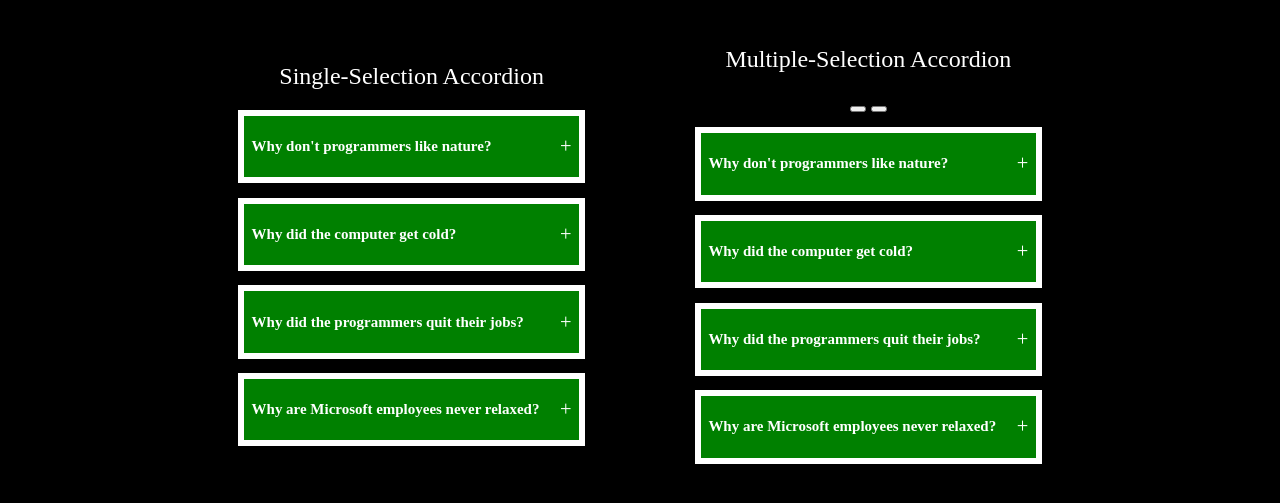
Repository: kosenijr/react-projects
Page: / (app in accordion/)
The author's editor kept a copy of each file at every save. The page is drawn from the files as they stood at one save, then again after the next save.
The browser window is 1280 px wide. The pictures show the whole page.
The project was rebuilt for these pictures with package versions that can differ from the ones it lists, and the page was loaded fresh each time.

Above is the page before, as saved 2024-03-03 13:04:26.

### accordion/src/App.js
import React from "react";
import "./App.css";
import SingleSelection from "./components/SingleSelection";
import MultiSelection from "./components/MultiSelection";

function App() {
  return (
    <div className="App">
      <SingleSelection />
      <MultiSelection />
    </div>
  );
}

export default App;

### accordion/src/App.css
.App {
  height: 100vh;
  width: 100vw;
  justify-content: space-evenly;
  text-align: center;
  display: flex;
  background-color: black;
  color: white;
  padding: 0 auto;
}

### accordion/src/components/SingleSelection.js
import React, { useState } from "react";
import "../styles/SingleSelection.css";
import data from "../data";

function SingleSelection() {
  // setting up useState.
  const [selected, setSelected] = useState(null);
  // setting up handling
  const handleSingleSelection = (getCurrentId) => {
    console.log(selected, getCurrentId);
    // setSelected(getCurrentId === selected ? null : getCurrentId); // keep add condition for closure
    setSelected(selected !== getCurrentId ? getCurrentId : null);
  };

  return (
    <div className="single-selection-wrapper">
      {/* Single-Selection Accordion */}
      <div className="single-selection-accordion">
        <h2 className="single-selection-description">Single-Selection Accordion</h2>
        {data && data.length > 0 ? (
          data.map((dataItem) => (
            <div className="single-selection-item" key={dataItem.id} onClick={() => handleSingleSelection(dataItem.id)}>
              {/* always remember to add key */}
              <div className="single-selection-title">
                <h3>{dataItem.question}</h3>
                <span className="single-selection-span">{selected === dataItem.id ? "-" : "+"}</span>
              </div>
              {selected === dataItem.id ? (
                <div className="single-selection-content ">{dataItem.answer}</div>
              ) : null}
            </div>
          ))
        ) : (
          <div>No data found!</div>
        )}
      </div>
    </div>
  );
}

export default SingleSelection;

### accordion/src/components/MultiSelection.js
import React, { useState } from "react";
import "../styles/MultiSelection.css";
import data from "../data";

function MultiSelection() {
  // setting up useState.
  const [selected, setSelected] = useState(null);
  // setting up handling
  const handleMultiSelection = (getCurrentId) => {
    console.log(selected, getCurrentId);
    // setSelected(getCurrentId === selected ? null : getCurrentId); // keep add condition for closure
    setSelected(selected !== getCurrentId ? getCurrentId : null);
  };

  return (
    <div className="multi-selection-wrapper">
      {/* Multi-Selection Accordion */}
      <div className="multi-selection-accordion">
        <h2 className="multi-selection-description">Multiple-Selection Accordion</h2>
        <button className="open-all"></button> <button className="close-all"></button>
        {data && data.length > 0 ? (
          data.map((dataItem) => (
            <div className="multi-selection-item" key={dataItem.id} onClick={() => handleMultiSelection(dataItem.id)}>
              {/* always remember to add key */}
              <div className="multi-selection-title">
                <h3>{dataItem.question}</h3>
                <span className="multi-selection-span">{selected === dataItem.id ? "-" : "+"}</span>
              </div>
              {selected === dataItem.id ? (
                <div className="multi-selection-content ">{dataItem.answer}</div>
              ) : null}
            </div>
          ))
        ) : (
          <div>No data found!</div>
        )}
      </div>
    </div>
  );
}

export default MultiSelection;

### accordion/src/styles/SingleSelection.css
.single-selection-wrapper {
  display: flex;
  align-items: center;
  height: 70vh;
  margin-left: 10vw;
  /* width: 50vw; */
}

.single-selection-description {
  font-family: "Raleway";
  font-weight: 500;
}

.single-selection-item {
  background-color: green;
  color: white;
  font-size: 0.8em;
  font-family: "Raleway", "Times New Roman";
  margin: 2vh 0;
  padding: 1vh;
  width: 25vw;
  border: 0.5em solid white;
  cursor: pointer;
}

.single-selection-title {
  display: flex;
  justify-content: space-between;
  align-items: center;
}

.single-selection-span {
  font-size: 1.6em;;
}

.single-selection-content {
  display: flex;
  justify-content: space-between;
  color: burlywood;
  align-items: left;
  font-size: 1.2em;
  font-family:  "Raleway", "Times New Roman";
  font-weight: 600;

}

### accordion/src/data.js
const data = [
  {
    id: 1,
    question: "Why don't programmers like nature?",
    answer: "It has too many bugs!",
  },

  {
    id: 2,
    question: "Why did the computer get cold?",
    answer: "It left its Windows open.",
  },

  {
    id: 3,
    question: "Why did the programmers quit their jobs?",
    answer: "Because they didn't get arrays!",
  },

  {
    id: 4,
    question: "Why are Microsoft employees never relaxed?",
    answer: "Because they're always on Edge.",
  },
];

export default data;

### accordion/src/styles/MultiSelection.css
.multi-selection-wrapper {
  display: flex;
  align-items: center;
  height: 70vh;
  margin: 0 10vw 0 0;
  /* width: 50vw; */
}

.multi-selection-description {
  font-family: "Raleway";
  font-weight: 500;
}

.multi-selection-item {
  background-color: green;
  color: white;
  font-size: 0.8em;
  font-family: "Raleway", "Times New Roman";
  margin: 2vh 0;
  padding: 1vh;
  width: 25vw;
  border: 0.5em solid white;
  cursor: pointer;
}

.multi-selection-title {
  display: flex;
  justify-content: space-between;
  align-items: center;
}

.multi-selection-span {
  font-size: 1.6em;
}

.multi-selection-content {
  display: flex;
  justify-content: space-between;
  color: burlywood;
  align-items: left;
  font-size: 1.2em;
  font-family: "Raleway", "Times New Roman";
  font-weight: 600;
}

Loaded but not shown: accordion/public/index.html (common file); accordion/src/index.js (common file); accordion/src/index.css (common file); accordion/src/reportWebVitals.js (common file)

After the next save:
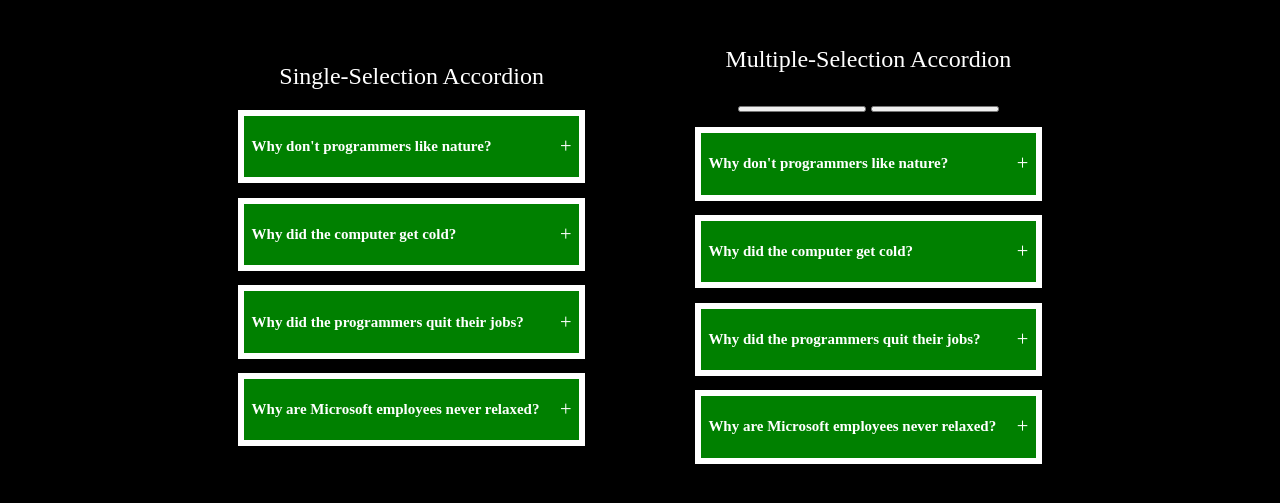
Saved 49 s later.
--- a/accordion/src/styles/MultiSelection.css
+++ b/accordion/src/styles/MultiSelection.css
@@ -2,13 +2,16 @@
   display: flex;
   align-items: center;
   height: 70vh;
-  margin: 0 10vw 0 0;
-  /* width: 50vw; */
+  margin-right: 10vw;
 }
 
 .multi-selection-description {
   font-family: "Raleway";
   font-weight: 500;
+}
+
+.open-all, .close-all {
+    width: 10vw;
 }
 
 .multi-selection-item {
